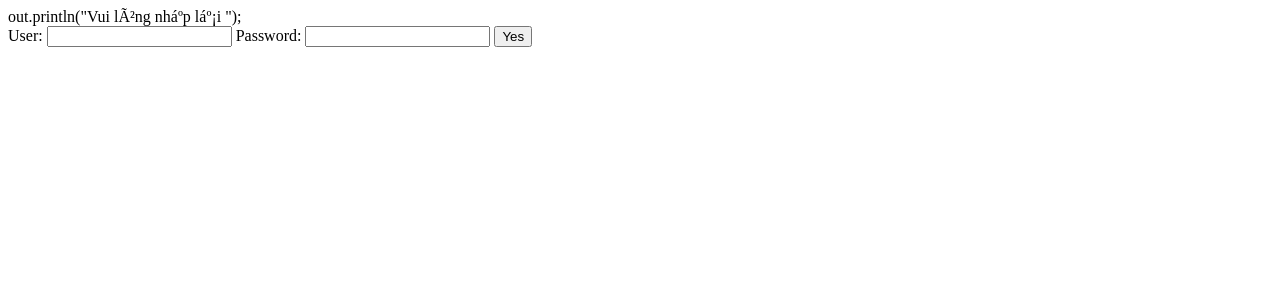
Repository: trangtruc/Java_NangCao
Page: http://localhost/LoginForm_Demo/dangnhap.jsp
The author's editor kept a copy of each file at every save. The page is drawn from the files as they stood at one save, then again after the next save.
The browser window is 1280 px wide. The pictures show the whole page.
The page is served by Tomcat 9. Other server files are loaded and not shown.

Above is the page before, as saved 2017-03-07 04:17:23.

### Buoi3_LoginForm_EShop/LoginForm_Demo/WebContent/dangnhap.jsp
<%@ page language="java" contentType="text/html; charset=ISO-8859-1"
    pageEncoding="ISO-8859-1"%>
<!DOCTYPE html PUBLIC "-//W3C//DTD HTML 4.01 Transitional//EN" "http://www.w3.org/TR/html4/loose.dtd">
<html>
<head>
<meta http-equiv="Content-Type" content="text/html; charset=ISO-8859-1">
<title>Insert title here</title>
</head>
<body>
out.println("Vui lòng nhập lại ");
	<form method="POST" action="url_jsp">
		User: <input type="text" name="user"/>
		Password: <input type="password" name="pass"/>
		<input type="submit" value="Yes"/>
	</form>
</body>
</html>

After the next save:
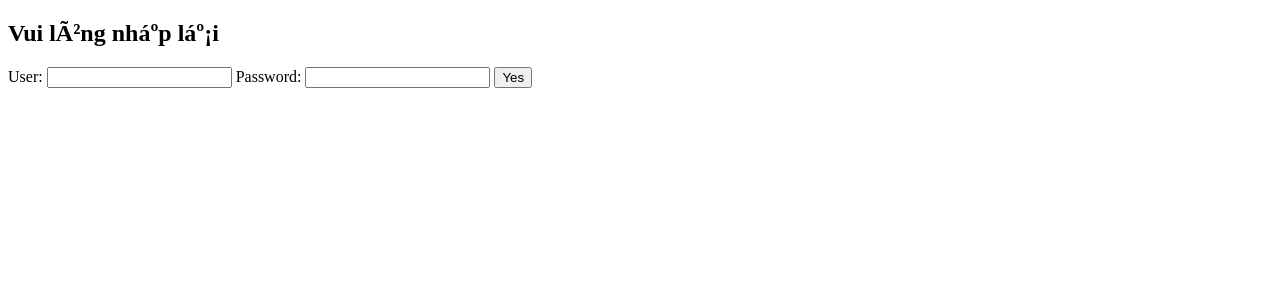
Saved 17 s later.
--- a/Buoi3_LoginForm_EShop/LoginForm_Demo/WebContent/dangnhap.jsp
+++ b/Buoi3_LoginForm_EShop/LoginForm_Demo/WebContent/dangnhap.jsp
@@ -7,7 +7,7 @@
 <title>Insert title here</title>
 </head>
 <body>
-out.println("Vui lòng nhập lại ");
+	<h2>Vui lòng nhập lại</h2>
 	<form method="POST" action="url_jsp">
 		User: <input type="text" name="user"/>
 		Password: <input type="password" name="pass"/>
